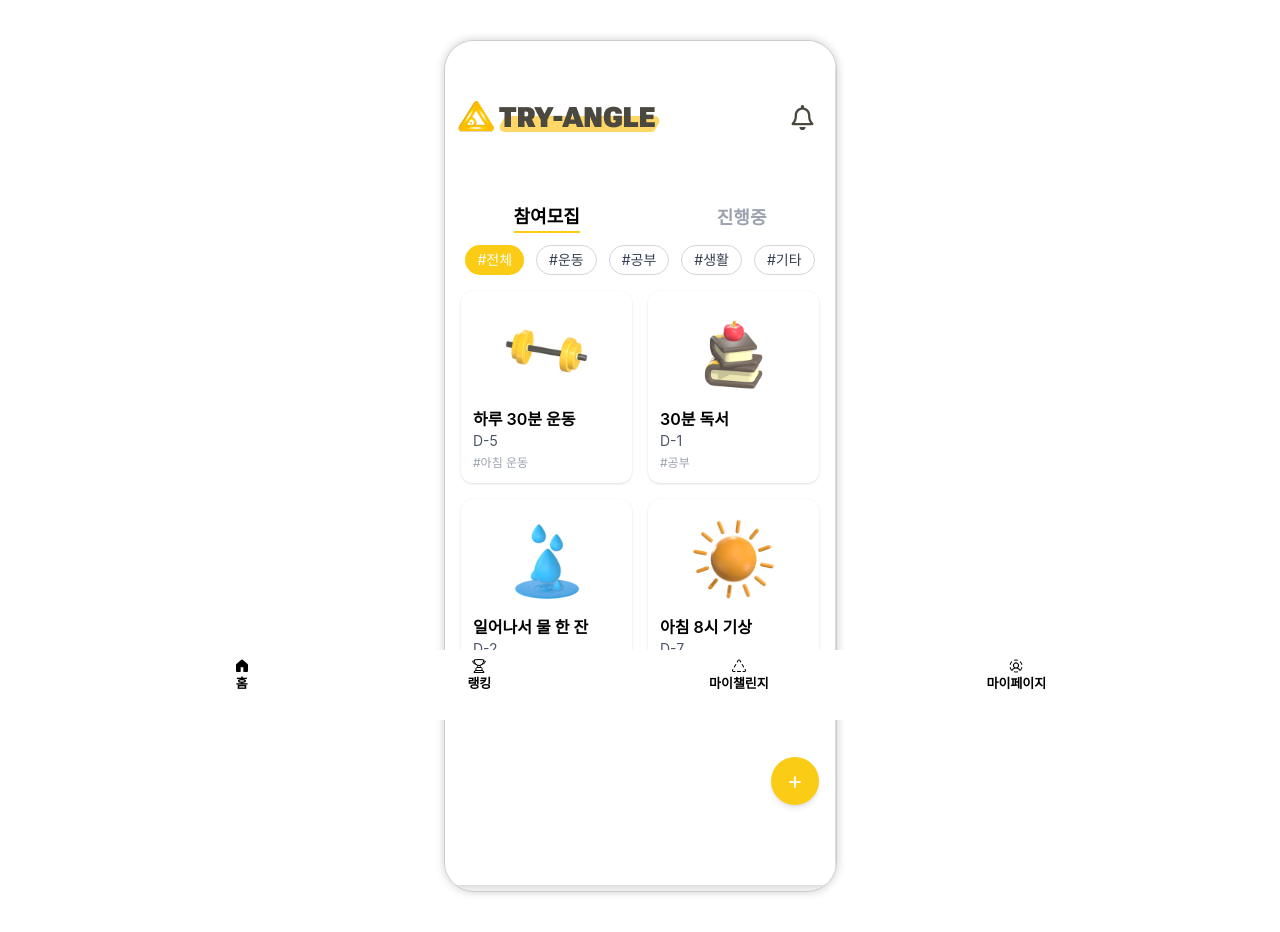
Repository: gusdk19/TryAngle-FE
Page: /
These files come from the project's save history. The page is drawn as it stood at one moment and after the next save; the edit follows.
The browser window is 1280 px wide. The pictures show the whole page.
The project was rebuilt for these pictures with package versions that can differ from the ones it lists, and the page was loaded fresh each time. Also part of the build but not shown: src/App.css.

Above is the page before, as saved 2025-04-30 14:54:46.

### src/index.js
import React from 'react';
import ReactDOM from 'react-dom/client';
import "./styles/index.css";
import App from './App';
import reportWebVitals from './reportWebVitals';

const root = ReactDOM.createRoot(document.getElementById('root'));
root.render(
  <React.StrictMode>
    {/* <App /> */}
    <div className='iphone-frame'>
      <App/>
    </div>
  </React.StrictMode>
);

// If you want to start measuring performance in your app, pass a function
// to log results (for example: reportWebVitals(console.log))
// or send to an analytics endpoint. Learn more: https://bit.ly/CRA-vitals
reportWebVitals();

### src/styles/index.css
@tailwind base;
@tailwind components;
@tailwind utilities;

body {
  margin: 0;
  font-family: -apple-system, BlinkMacSystemFont, 'Segoe UI', 'Roboto', 'Oxygen',
    'Ubuntu', 'Cantarell', 'Fira Sans', 'Droid Sans', 'Helvetica Neue',
    sans-serif;
  -webkit-font-smoothing: antialiased;
  -moz-osx-font-smoothing: grayscale;
}

code {
  font-family: source-code-pro, Menlo, Monaco, Consolas, 'Courier New',
    monospace;
}

.iphone-frame {
  position: relative;
  width: 393px;
  height: 852px;
  border: 1px solid #ccc;
  margin: 40px auto;
  box-shadow: 0 0 10px rgba(0,0,0,0.2);
  overflow: auto;
  border-radius: 30px;
  background: white;
  padding: 0px 0px;

  -ms-overflow-style:none; /* IE and Edge */
  scrollbar-width:none; /* Firefox */
}

.iphone-frame::-webkit-scrollbar {
	display:none /* Chrome , Safari , Opera */
}

### src/App.js
import { BrowserRouter, Routes, Route } from 'react-router-dom';
import './App.css';

import Home from './pages/Home';
//import Alarm from './pages/Alarm';
//import ChallengeAdd from './pages/ChallengeAdd';

function App() {
  return (
    <BrowserRouter>
      <Routes>
        <Route path="/" element={<Home />} />
        {/*<Route path="/alarm" element={<Alarm />} /> */}
        { /*<Route path="/challenge/add" element={<ChallengeAdd />} />*/}
      </Routes>
    </BrowserRouter>
  );
}

export default App;

### src/pages/Home.js
import React, { useState } from 'react';
import Header from '../components/Header';
import Footer from '../components/Footer';
import dumbell from '../assets/images/finace/dumbell.png';
import books from '../assets/images/finace/books.png';
import water from '../assets/images/finace/water.png';
import sun from '../assets/images/finace/Sun.png';

const Home = () => {
  const [activeTab, setActiveTab] = useState('participating');
  const [activeCategory, setActiveCategory] = useState('전체');

  const categories = ['전체', '운동', '공부', '생활', '기타'];

  const challenges = [
    { id: 1, title: '하루 30분 운동', dday: 5, tag: '#아침 운동', image: dumbell },
    { id: 2, title: '30분 독서', dday: 1, tag: '#공부', image: books },
    { id: 3, title: '일어나서 물 한 잔', dday: 2, tag: '#생활', image: water },
    { id: 4, title: '아침 8시 기상', dday: 7, tag: '#생활', image: sun },
  ];

  const filteredChallenges =
    activeCategory === '전체'
      ? challenges
      : challenges.filter((c) => c.tag.includes(activeCategory));

  return (
    <div className="flex justify-center items-center min-h-screen bg-gray-200">
      {/* 모바일 프레임 */}
      <div className="relative w-[390px] h-[844px] bg-white overflow-hidden rounded-xl shadow-lg flex flex-col">
        <Header />

        {/* 탭 영역 */}
        <div className="flex justify-around mt-4">
          <button
            className={`text-lg font-semibold ${
              activeTab === 'participating'
                ? 'border-b-2 border-yellow-400 text-black'
                : 'text-gray-400'
            }`}
            onClick={() => setActiveTab('participating')}
          >
            참여모집
          </button>
          <button
            className={`text-lg font-semibold ${
              activeTab === 'ongoing'
                ? 'border-b-2 border-yellow-400 text-black'
                : 'text-gray-400'
            }`}
            onClick={() => setActiveTab('ongoing')}
          >
            진행중
          </button>
        </div>

        {/* + 버튼 */}
        <button className="absolute bottom-20 right-4 bg-yellow-400 w-12 h-12 rounded-full text-white text-2xl shadow-md hover:bg-yellow-500 z-20">
          +
        </button>

        {/* 카테고리 */}
        <div className="flex justify-center gap-3 mt-3">
          {categories.map((category) => (
            <button
              key={category}
              className={`px-3 py-1 rounded-full text-sm ${
                activeCategory === category
                  ? 'bg-yellow-400 text-white'
                  : 'bg-white text-gray-700 border border-gray-300'
              }`}
              onClick={() => setActiveCategory(category)}
            >
              #{category}
            </button>
          ))}
        </div>

        {/* 챌린지 카드 */}
        <div className="flex-grow overflow-y-auto p-4 pb-[100px]">
          <div className="grid grid-cols-2 gap-4">
            {filteredChallenges.map((c) => (
              <div
                key={c.id}
                className="bg-white p-3 rounded-xl shadow hover:bg-yellow-200 transition"
              >
                <img
                  src={c.image}
                  alt={c.title}
                  className="w-full h-24 object-contain mb-2"
                />
                <p className="font-semibold">{c.title}</p>
                <p className="text-sm text-gray-600">D-{c.dday}</p>
                <p className="text-xs text-gray-400 mt-1">{c.tag}</p>
              </div>
            ))}
          </div>
        </div>

        <Footer page="home" />
      </div>
    </div>
  );
};

export default Home;

### src/components/Header.js
import React from "react";
import "../styles/Header.css";
import { FaRegBell } from "react-icons/fa";
import { useNavigate } from "react-router-dom";
import logo_name from "../assets/images/common/logo_name.png";

export default function Header() {
  const navigate = useNavigate();

  return (
    <div className="header flex flex-unwrap grow w-full pt-[4.5px]">
      {/* 로고 (왼쪽) */}
      <div className="logo-name my-auto flex-1 text-left align-middle cursor-pointer" onClick={() => navigate("/")}>
        <img src={logo_name} alt="try-angle_logo_name" />
      </div>

      {/* 알림 아이콘 (오른쪽) */}
      <div className="bell flex-none align-middle cursor-pointer">
        <FaRegBell
          className="bell-icon2 mt-[2px] text-[#4A483F]"
          onClick={() => navigate("/alarm")}
        />
      </div>
    </div>
  );
}

### src/components/Footer.js
import React from "react";
import "../styles/Header.css";
import { GoHome, GoHomeFill } from "react-icons/go";
import { HiTrophy, HiOutlineTrophy } from "react-icons/hi2";
import { PiUserCircleDashed, PiUserCircleDuotone, PiTriangleDashedFill, PiTriangleDashed } from "react-icons/pi";
import { useNavigate } from "react-router-dom";

export default function Footer({ page }) {
  const navigate = useNavigate();

  const navigationItems = [
    {
      icon: page === "home" ? <GoHomeFill className="icon" /> : <GoHome className="icon" />,
      label: "홈",
      route: "/",
    },
    {
      icon: page === "ranking" ? <HiTrophy className="icon" /> : <HiOutlineTrophy className="icon" />,
      label: "랭킹",
      route: "/rank",
    },
    {
      icon: page === "myChallenge" ? <PiTriangleDashedFill className="icon" /> : <PiTriangleDashed className="icon" />,
      label: "마이챌린지",
      route: "/mychallenge",
    },
    {
      icon: page === "myPage" ? <PiUserCircleDuotone className="icon" /> : <PiUserCircleDashed className="icon" />,
      label: "마이페이지",
      route: "/mypage",
    },
  ];

  return (
    <footer className="fixed bottom-0 left-0 w-full h-[70px] bg-white px-4 pt-2 z-10">
      <div className="flex justify-evenly items-start">
        {navigationItems.map((item, index) => (
          <div
            key={index}
            className="footer-item flex flex-col items-center cursor-pointer"
            onClick={() => navigate(item.route)}
          >
            {item.icon}
            <span className="text-[13px] font-bold text-black text-center leading-normal">
              {item.label}
            </span>
          </div>
        ))}
      </div>
    </footer>
  );
}

### src/styles/Header.css
.header{
    display: flex;
    flex-wrap: nowrap;
    justify-content: space-between;
    position: relative;
    width: 100%;
    height: 51px;
    text-align: center;
    vertical-align: middle;
}

.title{
    display: grid;
    place-items: center;
    flex-grow: 1;
    vertical-align: middle;
}

.logo-name{
    display: grid;
    place-items: start;
    flex-grow: 1;
    vertical-align: middle;
    margin-left: 13px;
}

.title-text{
    position: absolute;
    left:50%;
    transform: translateX(-50%);
    font-weight: bold;
    font-size: large;
}

.bell{
    display: grid;
    place-items: center;
    flex-shrink: 0;
    vertical-align: middle;
    margin-right:20px;

}

.bell-icon{
    width: 20px;
    height:20px;
}

.bell-icon2{
    width: 25px;
    height:25px;
}

.back{
    display: grid;
    place-items: center;
    flex-shrink: 0;
    vertical-align: middle;
    margin-left:20px;

}

.back-icon{
    width: 20px;
    height:20px;
}

### tailwind.config.js
/** @type {import('tailwindcss').Config} */
module.exports = {
    content: [
        "./src/**/*.{js,jsx,ts,tsx}",
    ],
    theme: {
      extend: {},
    },
    plugins: [],
  }

Loaded but not shown: public/index.html (common file); src/reportWebVitals.js (common file)

After the next save:
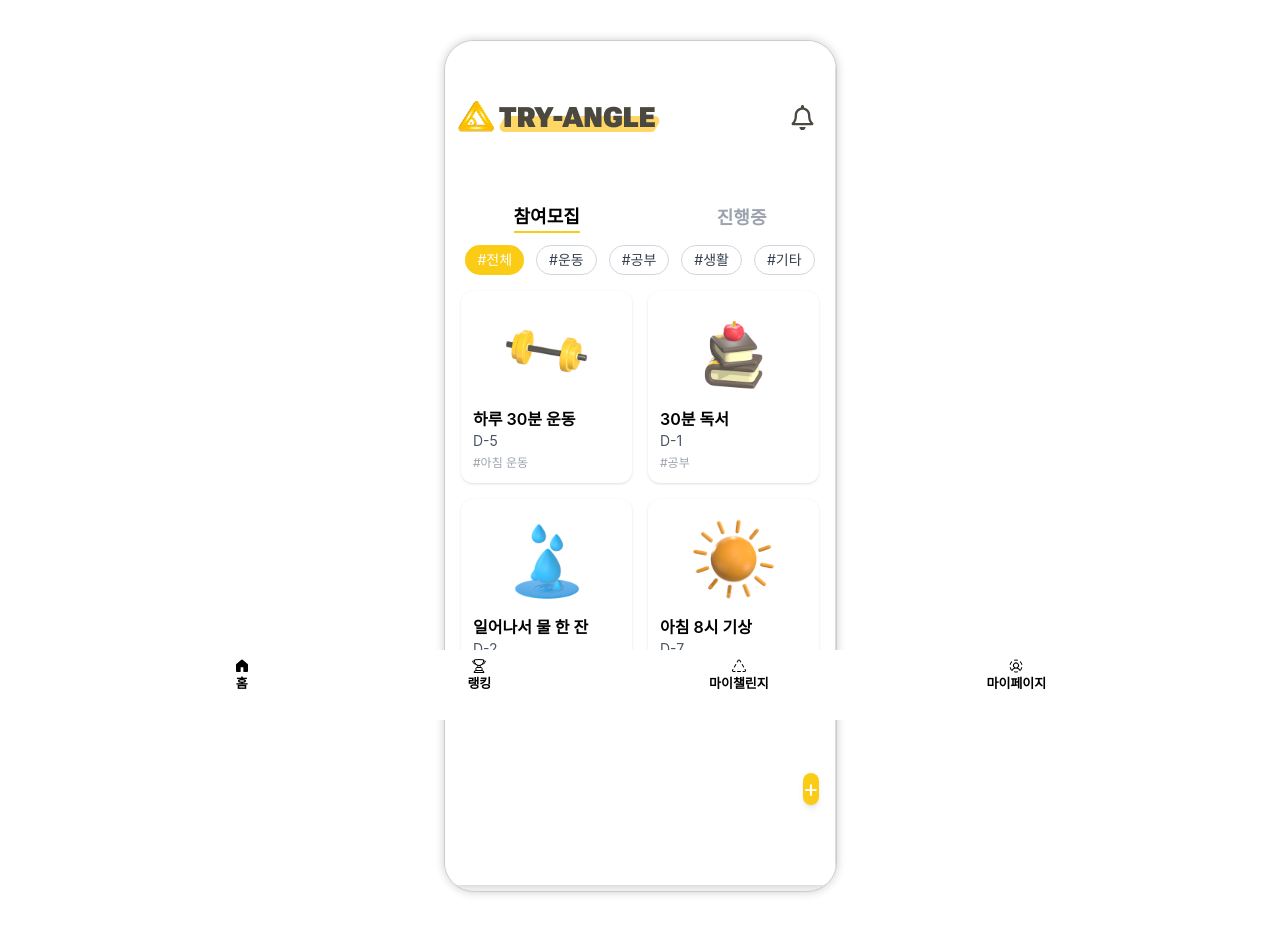
Saved 73 s later.
--- a/src/pages/Home.js
+++ b/src/pages/Home.js
@@ -55,7 +55,7 @@ const Home = () => {
         </div>
 
         {/* + 버튼 */}
-        <button className="absolute bottom-20 right-4 bg-yellow-400 w-12 h-12 rounded-full text-white text-2xl shadow-md hover:bg-yellow-500 z-20">
+        <button className="absolute bottom-20 right-4 bg-yellow-400 w-23 h-22 rounded-full text-white text-2xl shadow-md hover:bg-yellow-500 z-20">
           +
         </button>
 
